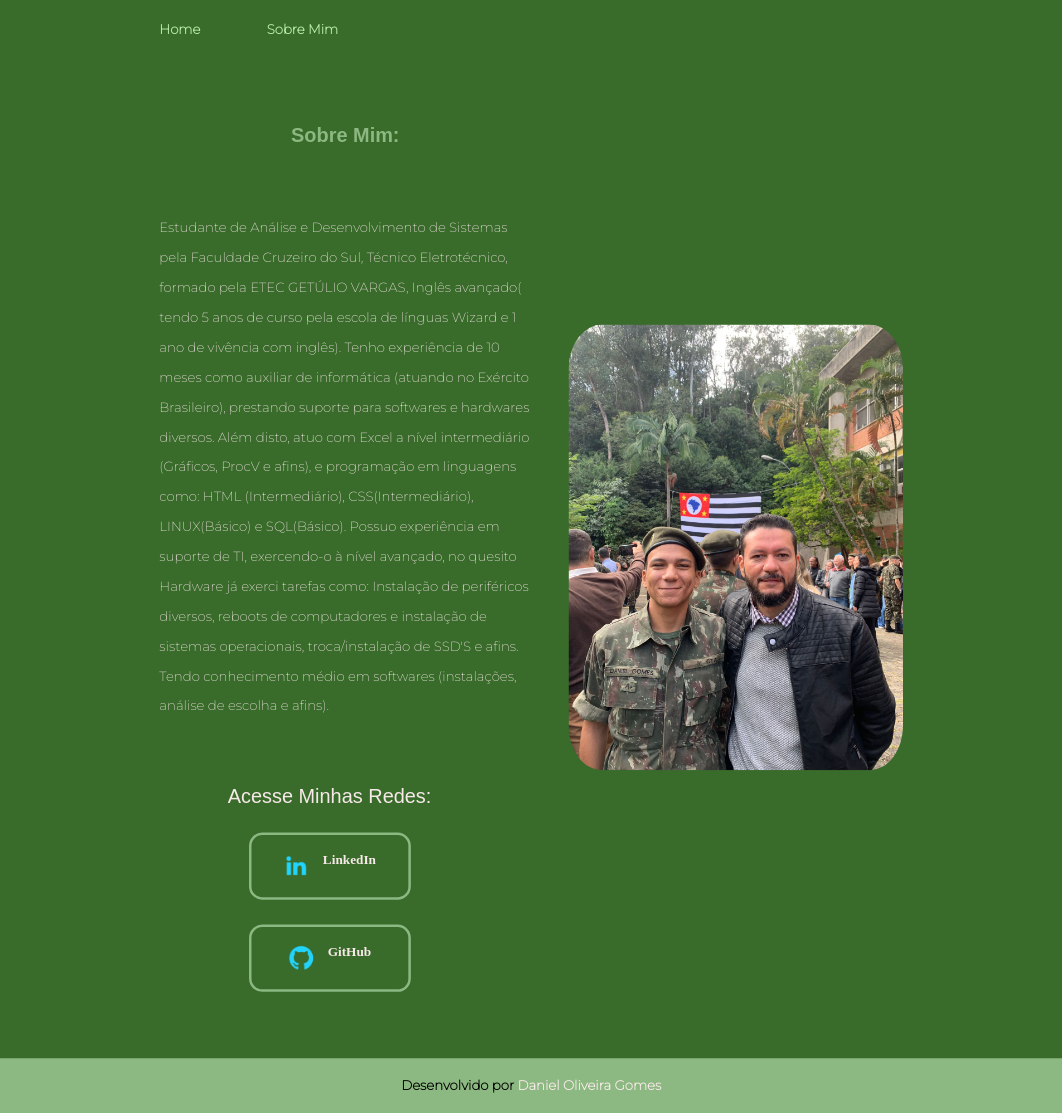
Repository: DamnDTX/Portfolio-Daniel-Oliveira-1
Page: about.html
The author's editor kept a copy of each file at every save. The page is drawn from the files as they stood at one save, then again after the next save.
The browser window is 1280 px wide. The pictures show the whole page, at 83% of full size.
Some web fonts or font styles are not loaded; a fallback is used.

Above is the page before, as saved 2023-07-11 17:34:31.

### about.html
<!DOCTYPE html>
<html lang="pt-br">
<head>
    <meta charset="UTF-8">
    <meta name="viewport" content="width=device-width, initial-scale=1.0">
    <title>Sobre Mim</title>
    <link rel="stylesheet" href="./styles/about.css">
    <!--Há duas formas de nós conseguirmos linkar o nosso arquivos css, a primeira forma nós já sabemos, que é utilizando o elemento link, mas podemos fazer de outra forma, que é escrevendo "link:" e puxar o caminho do css, prefiro a primeira forma, já que a velocidade de ação é a mesma-->
</head>
<body>
<header>
    <header class="cabecalho">
        <nav class="cabecalho__menu">
            <a class="cabecalho__menu__link" href="index.html">Home</a>
            <a class="cabecalho__menu__link" href="about.html">Sobre Mim</a>
        </nav>
</header>
<!--Copiamos o header da outra página html, temos que ver que tem coisas que queremos que continue igual, igual
    o header e as estilizações (posicionamento e afins, quando for assim, copiamos as propriedades da mesma forma
    , alterando só quando necessário)
-->
<main class="principal">
    <section class="principal__conteudo">
        <h1 class="principal__conteudo__titulo">
   <strong>Sobre Mim:</strong>
        </h1>

        <h4 class="principal__conteudo__apresentacao">
            Estudante de Análise e Desenvolvimento de Sistemas pela Faculdade Cruzeiro do Sul, Técnico Eletrotécnico, formado pela ETEC GETÚLIO VARGAS, Inglês avançado( tendo 5 anos de curso pela escola de línguas Wizard e 1 ano de vivência com inglês). Tenho experiência de 10 meses como auxiliar de informática (atuando no Exército Brasileiro), prestando suporte para softwares e hardwares diversos. Além disto, atuo com Excel a nível intermediário (Gráficos, ProcV e afins), e programação em linguagens como: HTML (Intermediário), CSS(Intermediário), LINUX(Básico) e SQL(Básico). Possuo experiência em suporte de TI, exercendo-o à nível avançado, no quesito Hardware já exerci tarefas como: Instalação de periféricos diversos, reboots de computadores e instalação de sistemas operacionais, troca/instalação de SSD'S e afins. Tendo conhecimento médio em softwares (instalações, análise de escolha e afins).
        </h4>
        <div class="principal__links">
            <h2 class="principal__links__subtitulo">Acesse Minhas Redes:</h2>
        <a class="principal__link__social" target="_blank" href="https://www.linkedin.com/in/daniel-oliveira-gomes-3470511b6/">
                <img src="./assets/Logo linkedin.png" alt="linkeidn_logo">
            LinkedIn
                </a>
        <a class="principal__link__social" target="_blank" href="https://github.com/DamnDTX/">
          <img src="./assets/Logo Github.png" alt="github_logo">
          GitHub
        </a>
    </section>
    <img class="daniel" alt="minha_pessoa" src="./assets/Daniel milico.jpeg">
</main>

<footer class="rodape">
    <h4>Desenvolvido por <strong class="desenvolvedor">Daniel Oliveira Gomes</strong></h4>
</footer>
</body>
</html>

### styles/about.css
@import url('https://fonts.googleapis.com/css2?family=Abril+Fatface&family=Krona+One&family=Montserrat:wght@100;200&display=swap');
@import url('https://fonts.googleapis.com/css2?family=Abril+Fatface&family=Krona+One&family=Montserrat:wght@100&display=swap');

:root{
    --cor-dos-textos:#F8E9E9;
    --fonte-textos:'Montsserrat',sans-serif;
    --fonte-titulos:'Krona One', sans-serif;
}




*{
    margin: 0;
    padding: 0;
}

body{
    background-color:  #396B2B;
    color: var(--cor-dos-textos);
    height: 100vh;
    box-sizing: border-box;
}
 /*O 100vh serve quando temos poucos elementos na página, quando o body não alcança tudo (quando há poucos
 elementos), quando não for o caso de termos poucos elementos, tiramos-o, ou melhor, não os usamos  */
strong{
    color: #8CB881;
}

.cabecalho{
padding: 2% 0 0 15%;
}

.cabecalho__menu{display: flex;
gap: 80px;}

.cabecalho__menu__link{
    font-size:  1,5rem;
    font-family: 'Montserrat', sans-serif;
    font-style: normal;
    font-weight: 600;
    line-height: normal;
    color: #B6EEA7;
    text-decoration: none;

}

.principal{display: flex;
align-items: center;
justify-content: space-between;
padding: 5% 15%;
gap: 40px;}



.principal__conteudo{
    width: 50%;
    height: 50%;
    display: flex;
    flex-direction: column;
    gap: 40px;
       }

.principal__conteudo__titulo{
    font-family: 'Krona One', sans-serif;
    font-size: 2.25;
    text-align: center;
    margin-top: 40px;

}



.principal__conteudo__apresentacao{
    font-family: 'Montserrat', sans-serif;
    display: flex;
    flex-direction: column;
    font-size:  1,5rem;
    font-style: normal;
    font-weight: 400;
    line-height: 36px;
    color: #F8E9E9;
    margin-top: 40px;
}

.daniel{
    height: 45%;
    width: 45%;
    border-radius: 10%;
    justify-content: center;
}

 .principal__links{
        justify-content: space-between;
        flex-direction:column;
        align-items: center;
        display: flex;
        width: 378px;
        padding: 16px;
        justify-content: center;
        align-items: center;
        gap: 20px;

        .principal__links__social:hover{
            background-color: #3843E0;
        }
 }
    .principal__links__subtitulo{
        font-family: 'Krona One', sans-serif;
        font-weight: 400;
        margin-top: 20px;
        }


    .principal__link__social{
        background-color: transparent;
        color: #F8E9E9;
        width: 50%;
        height: 32px;
        text-align: center;
        border-radius: 16px;
        font-size:  1,5rem;
        padding: 21.5px 0;
        text-decoration: none;
        font-weight: 600;
        border-style: solid;
        display: flex;
        justify-content: center;
        gap: 16px;
        margin-top: 10px;
        border-color: #8CB881;
    }

.logo{width: 28px;
    height: 28px;
    }

.rodape{font-size:  1,5rem;
    font-family: 'Montserrat', sans-serif;
    font-style: normal;
    font-weight: 400;
    line-height: 36px;
    background-color: #8CB881;
    text-align: center;
    color: black;
    padding: 15px;
    flex-shrink: 0;
}

    .desenvolvedor{color: #F8E9E9;}


    @media (max-width:800px) {
        .cabecalho {
            padding: 10%;
        }

        .cabecalho__menu{
            justify-content: center;
        }

        .principal {
            flex-direction: column-reverse;
            padding: 5% 5%;
        }

        .principal__conteudo{
            width: auto;
        }

        .eu{
            border-radius: 10%;
        }

    }

After the next save:
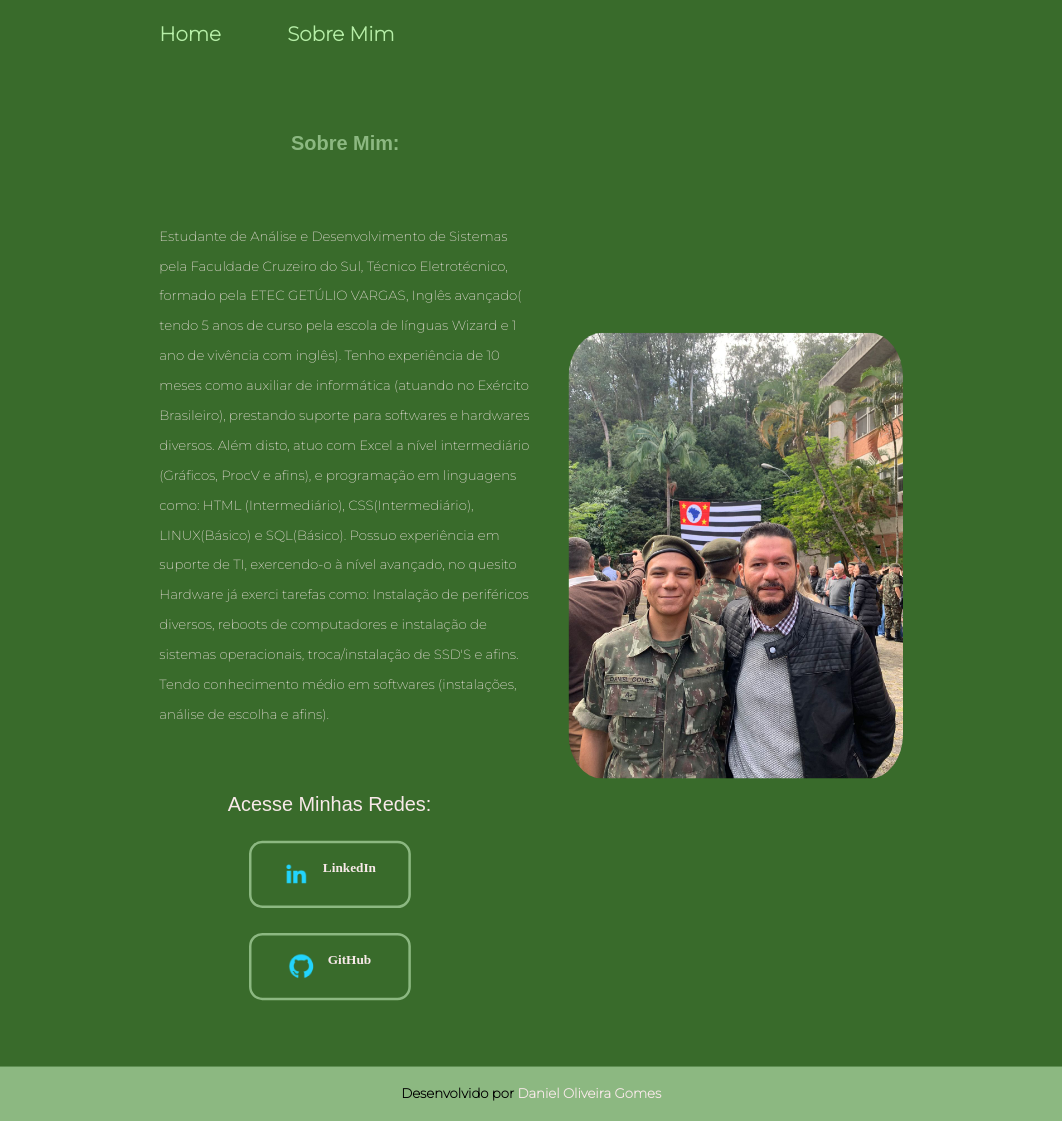
Saved 51 s later.
--- a/styles/about.css
+++ b/styles/about.css
@@ -35,7 +35,7 @@ padding: 2% 0 0 15%;
 gap: 80px;}
 
 .cabecalho__menu__link{
-    font-size:  1,5rem;
+    font-size:  1.5rem;
     font-family: 'Montserrat', sans-serif;
     font-style: normal;
     font-weight: 600;
